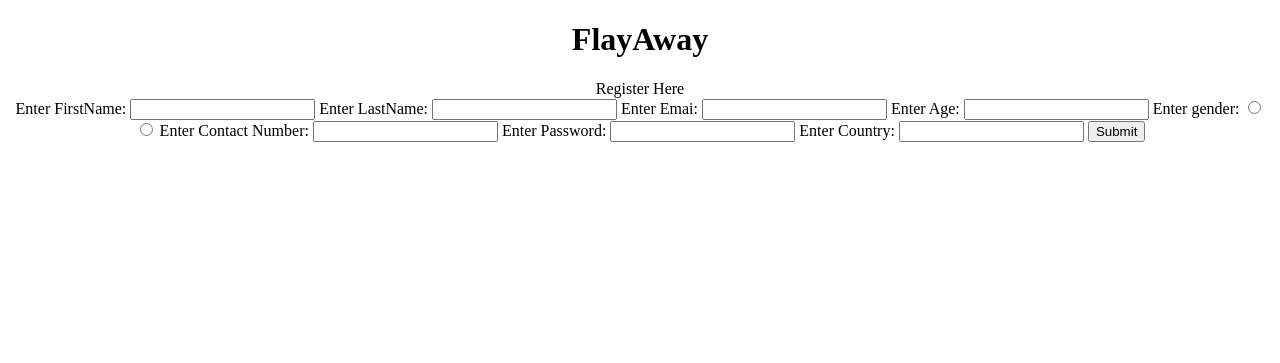
Repository: KartikMuchakandimath/Flyaway
Page: FlayAway/src/main/webapp/Registration.html
An editor plug-in stored every save of this project. The page is shown before and after the next save, followed by the edit.
The browser window is 1280 px wide. The pictures show the whole page.

Above is the page before, as saved 2022-04-21 09:33:42.

### FlayAway/src/main/webapp/Registration.html
<!DOCTYPE html>
<html>
<head>
<meta charset="ISO-8859-1">
<title>Insert title here</title>
</head>
<body>
<center>
<div class="head">
<h1>FlayAway</h1>
</div>

<div class ="Register-box">
<div>Register Here</h1>

</div>
<form action="RegisterServlet" method="post">
Enter FirstName: <input type=" text"  name="fname" required="required">
Enter LastName: <input type=" text"  name="lname" required="required">
Enter Emai: <input type=" email"  name="email" required="required">
Enter Age: <input type="number"  name="age" required="required">
Enter gender: <input type="radio"  name="gender" value="male" required="required">
              <input type="radio"  name="gender" value="female" required="required">
Enter Contact Number: <input type=" number"  name="contact" required="required">
Enter Password: <input type=" password"  name="password" required="required">
Enter Country: <input type="text"  name="country" required="required">

<button type="submit">Submit</button>

</form>

</div>
</center>
</body>
</html>

After the next save:
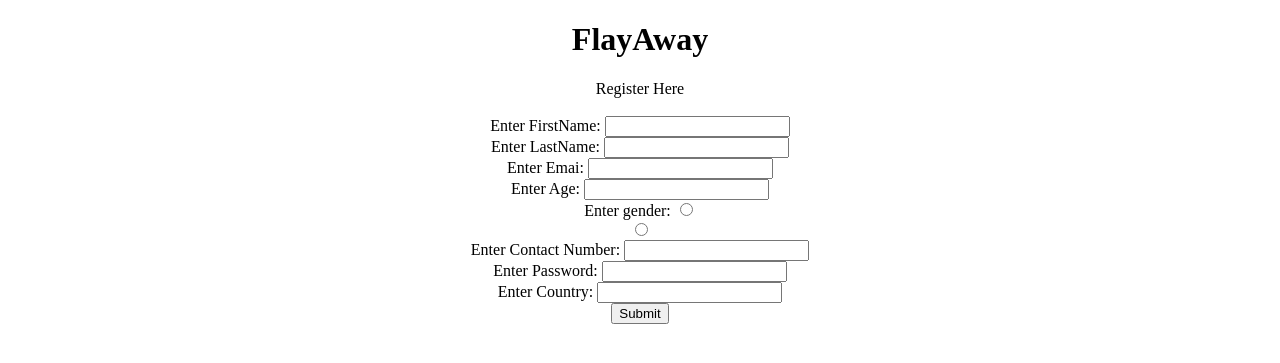
Saved 60 s later.
--- a/FlayAway/src/main/webapp/Registration.html
+++ b/FlayAway/src/main/webapp/Registration.html
@@ -14,16 +14,17 @@
 <div>Register Here</h1>
 
 </div>
+<br>
 <form action="RegisterServlet" method="post">
-Enter FirstName: <input type=" text"  name="fname" required="required">
-Enter LastName: <input type=" text"  name="lname" required="required">
-Enter Emai: <input type=" email"  name="email" required="required">
-Enter Age: <input type="number"  name="age" required="required">
-Enter gender: <input type="radio"  name="gender" value="male" required="required">
-              <input type="radio"  name="gender" value="female" required="required">
-Enter Contact Number: <input type=" number"  name="contact" required="required">
-Enter Password: <input type=" password"  name="password" required="required">
-Enter Country: <input type="text"  name="country" required="required">
+Enter FirstName: <input type=" text"  name="fname" required="required"><br>
+Enter LastName: <input type=" text"  name="lname" required="required"><br>
+Enter Emai: <input type=" email"  name="email" required="required"><br>
+Enter Age: <input type="number"  name="age" required="required"><br>
+Enter gender: <input type="radio"  name="gender" value="male" required="required"><br>
+              <input type="radio"  name="gender" value="female" required="required"><br>
+Enter Contact Number: <input type=" number"  name="contact" required="required"><br>
+Enter Password: <input type=" password"  name="password" required="required"><br>
+Enter Country: <input type="text"  name="country" required="required"><br>
 
 <button type="submit">Submit</button>
 
